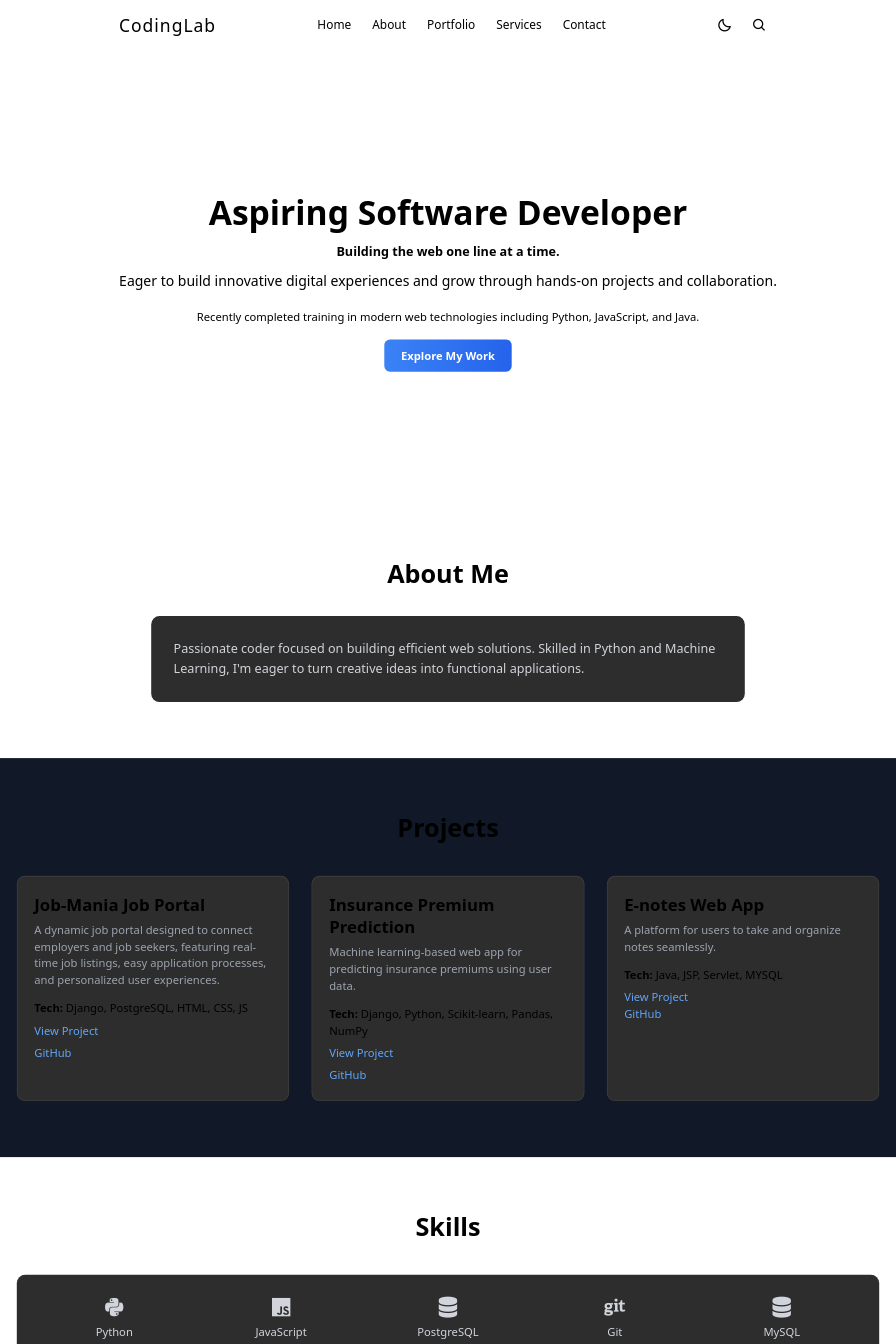
Repository: Sugaam0/Portfolio
Page: portfolio/home/templates/home/index.html
An editor plug-in stored every save of this project. The page is shown before and after the next save, followed by the edit.
The browser window is 1280 px wide. The pictures show the part of the page from y = 0 to 1920 px (the page is 2914 px tall), at 70% of full size.
The template is drawn by Django 5.2. The application's start-up code is not run. Other server files are loaded and not shown. The template is opened directly, without the code that normally fills it, so the values that code supplies are empty.

Above is the page before, as saved 2025-05-08 17:57:06.

### portfolio/home/templates/home/index.html
{% load static %}
<!DOCTYPE html>
<html lang="en">
<head>
  <meta charset="UTF-8" />
  <meta name="viewport" content="width=device-width, initial-scale=1.0"/>
  <title>| Sugam Acharya |</title>
  <link href="https://cdn.jsdelivr.net/npm/tailwindcss@2.2.19/dist/tailwind.min.css" rel="stylesheet"/>
  <link rel="stylesheet" href="https://cdnjs.cloudflare.com/ajax/libs/font-awesome/6.0.0-beta3/css/all.min.css"/>
  <link rel="stylesheet" href="{% static 'css/style.css' %}">
</head>
<body class="antialiased scroll-smooth">

{% include 	"home/navbar.html" %}
<!-- Hero Section -->
<section id="home" class="min-h-screen flex items-center justify-center pt-20">
  <div class="container mx-auto px-6 text-center">
    <h1 class="text-5xl font-bold mb-4">Aspiring Software Developer</h1>
    <p class="text-lg text-accent mb-4">
      <span id="typed-text" class="font-semibold">Building the web one line at a time.</span>
    </p>
    <p class="text-xl text-secondary mb-6">
      Eager to build innovative digital experiences and grow through hands-on projects and collaboration.
    </p>
    <p class="text-md text-secondary mb-8">
      Recently completed training in modern web technologies including Python, JavaScript, and Java.
    </p>
    <a href="#projects" class="btn-accent px-6 py-3 rounded-lg font-semibold">Explore My Work</a>
  </div>
</section>

<!-- About Section -->
<section id="about" class="py-20">
  <div class="container mx-auto px-6 max-w-4xl">
    <h2 class="text-4xl font-bold text-center mb-10">About Me</h2>
    <div class="section-bg p-8">
      <p class="text-lg leading-relaxed text-gray-300">
        Passionate coder focused on building efficient web solutions. Skilled in Python and Machine Learning, I'm eager to turn creative ideas into functional applications.
      </p>
    </div>
  </div>
</section>

<!-- Projects -->
<section id="projects" class="py-20 bg-gray-900">
    <div class="container mx-auto px-6">
      <h2 class="text-4xl font-bold text-center mb-12">Projects</h2>
      <div class="grid grid-cols-1 sm:grid-cols-2 lg:grid-cols-3 gap-8">
        <!-- Project Cards -->
        <div class="project-card section-bg p-6">
          <h3 class="text-2xl font-semibold mb-2">Job-Mania Job Portal</h3>
          <p class="text-gray-400 mb-4">A dynamic job portal designed to connect employers and job seekers, featuring real-time job listings, easy application processes, and personalized user experiences.</p>
          <p><strong>Tech:</strong> Django, PostgreSQL, HTML, CSS, JS</p>
          <a href="#" class="text-blue-400 hover:underline mt-2 inline-block">View Project</a><br>
          <a href="https://github.com/Sugaam0/JobMania-JobPortal" class="text-blue-400 hover:underline mt-2 inline-block" target="_blank">GitHub</a>
        </div>
        <div class="project-card section-bg p-6">
          <h3 class="text-2xl font-semibold mb-2">Insurance Premium Prediction</h3>
          <p class="text-gray-400 mb-4">Machine learning-based web app for predicting insurance premiums using user data.</p>
          <p><strong>Tech:</strong> Django, Python, Scikit-learn, Pandas, NumPy</p>
          <a href="#" class="text-blue-400 hover:underline mt-2 inline-block">View Project</a><br>
          <a href="https://github.com/Sugaam0/insurance-Premium-Prediction" class="text-blue-400 hover:underline mt-2 inline-block" target="_blank">GitHub</a>

        </div>
        <div class="project-card section-bg p-6">
            <h3 class="text-2xl font-semibold mb-2">E-notes Web App</h3>
            <p class="text-gray-400 mb-4">A platform for users to take and organize notes seamlessly.</p>
            <p><strong>Tech:</strong> Java, JSP, Servlet, MYSQL</p>
            <div class="mt-2">
                <a href="#" class="text-blue-400 hover:underline inline-block mr-4">View Project</a><br>
                <a href="https://github.com/Sugaam0/ProjectFinal-Online-Notepad" class="text-blue-400 hover:underline inline-block" target="_blank">GitHub</a>
            </div>
        </div>
      </div>
    </div>
  </section>


<!-- Skills -->
<section id="skills" class="py-20">
    <div class="container mx-auto px-6">
      <h2 class="text-4xl font-bold text-center mb-12">Skills</h2>
      <div class="section-bg p-8 grid grid-cols-2 md:grid-cols-5 gap-6 text-center text-gray-300">
        <div><i class="fab fa-python text-3xl mb-2 icon-hover"></i><p>Python</p></div>
        <div><i class="fab fa-js text-3xl mb-2 icon-hover"></i><p>JavaScript</p></div>
        <div><i class="fas fa-database text-3xl mb-2 icon-hover"></i><p>PostgreSQL</p></div>
        <div><i class="fab fa-git text-3xl mb-2 icon-hover"></i><p>Git</p></div>
        <div><i class="fas fa-database text-3xl mb-2 icon-hover"></i><p>MySQL</p></div>
        <div><i class="fas fa-chart-line text-3xl mb-2 icon-hover"></i><p>Data Science</p></div>
        <div><i class="fas fa-brain text-3xl mb-2 icon-hover"></i><p>Machine Learning</p></div>
        <div><i class="fab fa-python text-3xl mb-2 icon-hover"></i><p>Anaconda</p></div>
      </div>
    </div>
  </section>

<!-- Contact Section -->
<section id="contact" class="py-20 bg-gray-900">
  <div class="container mx-auto px-6">
    <h2 class="text-4xl font-bold text-center mb-12">Let's Connect</h2>
    <div class="contact-form p-8 max-w-lg mx-auto rounded-xl">
      <form action="{% url 'contact' %}" method="POST">
        {% csrf_token %}
        <div class="mb-6 relative">
          <input type="text" id="name" name="name" class="form-input w-full p-3 rounded-lg peer" placeholder=" " required>
          <label for="name" class="form-label absolute left-2 top-2 text-secondary">Your Name</label>
        </div>
        <div class="mb-6 relative">
          <input type="email" id="email" name="email" class="form-input w-full p-3 rounded-lg peer" placeholder=" " required>
          <label for="email" class="form-label absolute left-2 top-2 text-secondary">Your Email</label>
        </div>
        <div class="mb-6 relative">
          <textarea id="message" name="message" rows="5" class="form-input w-full p-3 rounded-lg peer" placeholder=" " required></textarea>
          <label for="message" class="form-label absolute left-3 top-2 text-secondary">Your Message</label>
        </div>
        <button type="submit" class="btn-accent w-full py-3 rounded-lg font-semibold flex items-center justify-center gap-2">
          <i class="fas fa-paper-plane"></i> Send Message
        </button>
      </form>
    </div>
  </div>
</section>

<!-- Footer -->
{% include "home/footer.html" %}
</body>
</html>

### portfolio/home/templates/home/navbar.html
{% comment %} <!-- Navbar -->
<nav class="navbar fixed top-0 w-full z-50">
    <div class="container mx-auto px-6 py-5 flex justify-between items-center">
      <a href="{% url 'index' %}" class="logo text-white">Sugam Acharya</a>
      <div class="space-x-6 text-sm font-medium">
        <a href="#about" class="nav-link">About</a>
        <a href="#projects" class="nav-link">Projects</a>
        <a href="#skills" class="nav-link">Skills</a>
        <a href="#contact" class="nav-link">Contact</a>
      </div>
    </div>
  </nav>
   {% endcomment %}
   <link href='https://unpkg.com/boxicons@2.1.1/css/boxicons.min.css' rel='stylesheet'>
   <nav>
    <div class="nav-bar">
        <i class='bx bx-menu sidebarOpen' ></i>
        <span class="logo navLogo"><a href="#">CodingLab</a></span>
        <div class="menu">
            <div class="logo-toggle">
                <span class="logo"><a href="#">CodingLab</a></span>
                <i class='bx bx-x siderbarClose'></i>
            </div>
            <ul class="nav-links">
                <li><a href="#">Home</a></li>
                <li><a href="#">About</a></li>
                <li><a href="#">Portfolio</a></li>
                <li><a href="#">Services</a></li>
                <li><a href="#">Contact</a></li>
            </ul>
        </div>
        <div class="darkLight-searchBox">
            <div class="dark-light">
                <i class='bx bx-moon moon'></i>
                <i class='bx bx-sun sun'></i>
            </div>
            <div class="searchBox">
               <div class="searchToggle">
                <i class='bx bx-x cancel'></i>
                <i class='bx bx-search search'></i>
               </div>
                <div class="search-field">
                    <input type="text" placeholder="Search...">
                    <i class='bx bx-search'></i>
                </div>
            </div>
        </div>
    </div>
</nav>

### portfolio/home/templates/home/footer.html
<footer class="bg-gray-800 py-6">
    <div class="container mx-auto px-6 text-center text-gray-400">
      <p>© 2025 Sugam Acharya. All rights reserved.</p>
      <div class="flex justify-center space-x-6 mt-4">
        <a href="https://github.com/Sugaam0" class="icon-hover" target="_blank"><i class="fab fa-github text-2xl"></i></a>
        <a href="https://www.linkedin.com/in/sugam-acharya-b1059a23b/" class="icon-hover" target="_blank"><i class="fab fa-linkedin text-2xl"></i></a>
        <a href="https://x.com/gaam_su" class="icon-hover" target="_blank"><i class="fab fa-twitter text-2xl"></i></a>
      </div>
    </div>
  </footer>

### portfolio/home/static/css/style.css
@import url('https://fonts.googleapis.com/css2?family=Poppins:wght@300;400;500;600&display=swap');

:root {
    --bg-primary: #1a1a1a;
    --bg-secondary: #2d2d2d;
    --text-primary: #e0e0e0;
    --text-secondary: #a0a0a0;
    --accent: #3b82f6;
    --accent-dark: #2563eb;
  }

  /* body {
    background-color: var(--bg-primary);
    color: var(--text-primary);
    font-family: 'Inter', sans-serif;
  } */

  /* .navbar {
    background: linear-gradient(to bottom, var(--bg-secondary), rgba(45, 45, 45, 0.95));
    backdrop-filter: blur(8px);
    box-shadow: 0 2px 5px rgba(0, 0, 0, 0.3);
  }

  .nav-link {
    position: relative;
    padding-bottom: 0.25rem;
    transition: color 0.3s ease;
  }

  .nav-link::after {
    content: '';
    position: absolute;
    width: 0;
    height: 2px;
    bottom: 0;
    left: 0;
    background-color: var(--accent);
    transition: width 0.3s ease;
  }

  .nav-link:hover::after {
    width: 100%;
  }

  .nav-link:hover {
    color: var(--accent);
  } */

  .logo {
    font-size: 1.75rem;
    font-weight: 800;
    letter-spacing: 0.05em;
    transition: transform 0.3s ease, color 0.3s ease;
  }

  .logo:hover {
    transform: scale(1.05);
    color: var(--accent);
  }

  .section-bg {
    background-color: var(--bg-secondary);
    border-radius: 0.75rem;
    transition: background-color 0.3s ease;
  }

  .section-bg:hover {
    background-color: #353535;
  }

  .btn-accent {
    background: linear-gradient(to right, var(--accent), var(--accent-dark));
    color: white;
    position: relative;
    overflow: hidden;
    transition: background 0.3s ease;
  }

  .btn-accent::before {
    content: '';
    position: absolute;
    top: 0;
    left: -100%;
    width: 100%;
    height: 100%;
    background: linear-gradient(90deg, transparent, rgba(255, 255, 255, 0.2), transparent);
    transition: 0.5s;
  }

  .btn-accent:hover::before {
    left: 100%;
  }

  .btn-accent:hover {
    background: linear-gradient(to right, var(--accent-dark), var(--accent));
  }

  .project-card {
    transition: transform 0.3s ease, box-shadow 0.3s ease, border-color 0.3s ease;
    border: 1px solid rgba(255, 255, 255, 0.1);
  }

  .project-card:hover {
    transform: translateY(-6px);
    box-shadow: 0 6px 25px rgba(0, 0, 0, 0.6);
    border-color: var(--accent);
  }

  .icon-hover {
    transition: transform 0.3s ease, color 0.3s ease;
  }

  .icon-hover:hover {
    transform: scale(1.2);
    color: var(--accent);
  }

  /* Enhanced Contact Form Styles */
      .contact-form {
          background: linear-gradient(145deg, var(--bg-secondary), #252525);
          border: 1px solid rgba(59, 130, 246, 0.3);
          box-shadow: 0 4px 15px rgba(0, 0, 0, 0.5);
          position: relative;
          overflow: hidden;
      }

      .contact-form::before {
          content: '';
          position: absolute;
          top: 0;
          left: 0;
          width: 100%;
          height: 100%;
          background: radial-gradient(circle at 10% 20%, rgba(59, 130, 246, 0.2) 0%, transparent 50%);
          pointer-events: none;
      }

      .form-input {
          background-color: #1f1f1f;
          border: 1px solid rgba(255, 255, 255, 0.1);
          transition: border-color 0.3s ease, box-shadow 0.3s ease;
      }

      .form-input:focus {
          border-color: var(--accent);
          box-shadow: 0 0 8px rgba(59, 130, 246, 0.3);
          outline: none;
      }

      .form-label {
          transition: color 0.3s ease;
      }

      .form-input:focus + .form-label,
      .form-input:not(:placeholder-shown) + .form-label {
          color: var(--accent);
          transform: translateY(-1.5rem);
          font-size: 0.8rem;
      }

      ::selection {
          background: var(--accent);
          color: white;
      }

      body.dark{
        --body-color: #18191A;
        --nav-color: #242526;
        --side-nav: #242526;
        --text-color: #CCC;
        --search-bar: #242526;
    }
    nav{
        position: fixed;
        top: 0;
        left: 0;
        height: 70px;
        width: 100%;
        background-color: var(--nav-color);
        z-index: 100;
    }
    body.dark nav{
        border: 1px solid #393838;
    }
    nav .nav-bar{
        position: relative;
        height: 100%;
        max-width: 1000px;
        width: 100%;
        background-color: var(--nav-color);
        margin: 0 auto;
        padding: 0 30px;
        display: flex;
        align-items: center;
        justify-content: space-between;
    }
    nav .nav-bar .sidebarOpen{
        color: var(--text-color);
        font-size: 25px;
        padding: 5px;
        cursor: pointer;
        display: none;
    }
    nav .nav-bar .logo a{
        font-size: 25px;
        font-weight: 500;
        color: var(--text-color);
        text-decoration: none;
    }
    .menu .logo-toggle{
        display: none;
    }
    .nav-bar .nav-links{
        display: flex;
        align-items: center;
    }
    .nav-bar .nav-links li{
        margin: 0 5px;
        list-style: none;
    }
    .nav-links li a{
        position: relative;
        font-size: 17px;
        font-weight: 400;
        color: var(--text-color);
        text-decoration: none;
        padding: 10px;
    }
    .nav-links li a::before{
        content: '';
        position: absolute;
        left: 50%;
        bottom: 0;
        transform: translateX(-50%);
        height: 6px;
        width: 6px;
        border-radius: 50%;
        background-color: var(--text-color);
        opacity: 0;
        transition: all 0.3s ease;
    }
    .nav-links li:hover a::before{
        opacity: 1;
    }
    .nav-bar .darkLight-searchBox{
        display: flex;
        align-items: center;
    }
    .darkLight-searchBox .dark-light,
    .darkLight-searchBox .searchToggle{
        height: 40px;
        width: 40px;
        display: flex;
        align-items: center;
        justify-content: center;
        margin: 0 5px;
    }
    .dark-light i,
    .searchToggle i{
        position: absolute;
        color: var(--text-color);
        font-size: 22px;
        cursor: pointer;
        transition: all 0.3s ease;
    }
    .dark-light i.sun{
        opacity: 0;
        pointer-events: none;
    }
    .dark-light.active i.sun{
        opacity: 1;
        pointer-events: auto;
    }
    .dark-light.active i.moon{
        opacity: 0;
        pointer-events: none;
    }
    .searchToggle i.cancel{
        opacity: 0;
        pointer-events: none;
    }
    .searchToggle.active i.cancel{
        opacity: 1;
        pointer-events: auto;
    }
    .searchToggle.active i.search{
        opacity: 0;
        pointer-events: none;
    }
    .searchBox{
        position: relative;
    }
    .searchBox .search-field{
        position: absolute;
        bottom: -85px;
        right: 5px;
        height: 50px;
        width: 300px;
        display: flex;
        align-items: center;
        background-color: var(--nav-color);
        padding: 3px;
        border-radius: 6px;
        box-shadow: 0 5px 5px rgba(0, 0, 0, 0.1);
        opacity: 0;
        pointer-events: none;
        transition: all 0.3s ease;
    }
    .searchToggle.active ~ .search-field{
        bottom: -74px;
        opacity: 1;
        pointer-events: auto;
    }
    .search-field::before{
        content: '';
        position: absolute;
        right: 14px;
        top: -4px;
        height: 12px;
        width: 12px;
        background-color: var(--nav-color);
        transform: rotate(-45deg);
        z-index: -1;
    }
    .search-field input{
        height: 100%;
        width: 100%;
        padding: 0 45px 0 15px;
        outline: none;
        border: none;
        border-radius: 4px;
        font-size: 14px;
        font-weight: 400;
        color: var(--search-text);
        background-color: var(--search-bar);
    }
    body.dark .search-field input{
        color: var(--text-color);
    }
    .search-field i{
        position: absolute;
        color: var(--nav-color);
        right: 15px;
        font-size: 22px;
        cursor: pointer;
    }
    body.dark .search-field i{
        color: var(--text-color);
    }
    @media (max-width: 790px) {
        nav .nav-bar .sidebarOpen{
            display: block;
        }
        .menu{
            position: fixed;
            height: 100%;
            width: 320px;
            left: -100%;
            top: 0;
            padding: 20px;
            background-color: var(--side-nav);
            z-index: 100;
            transition: all 0.4s ease;
        }
        nav.active .menu{
            left: -0%;
        }
        nav.active .nav-bar .navLogo a{
            opacity: 0;
            transition: all 0.3s ease;
        }
        .menu .logo-toggle{
            display: block;
            width: 100%;
            display: flex;
            align-items: center;
            justify-content: space-between;
        }
        .logo-toggle .siderbarClose{
            color: var(--text-color);
            font-size: 24px;
            cursor: pointer;
        }
        .nav-bar .nav-links{
            flex-direction: column;
            padding-top: 30px;
        }
        .nav-links li a{
            display: block;
            margin-top: 20px;
        }
    }

After the next save:
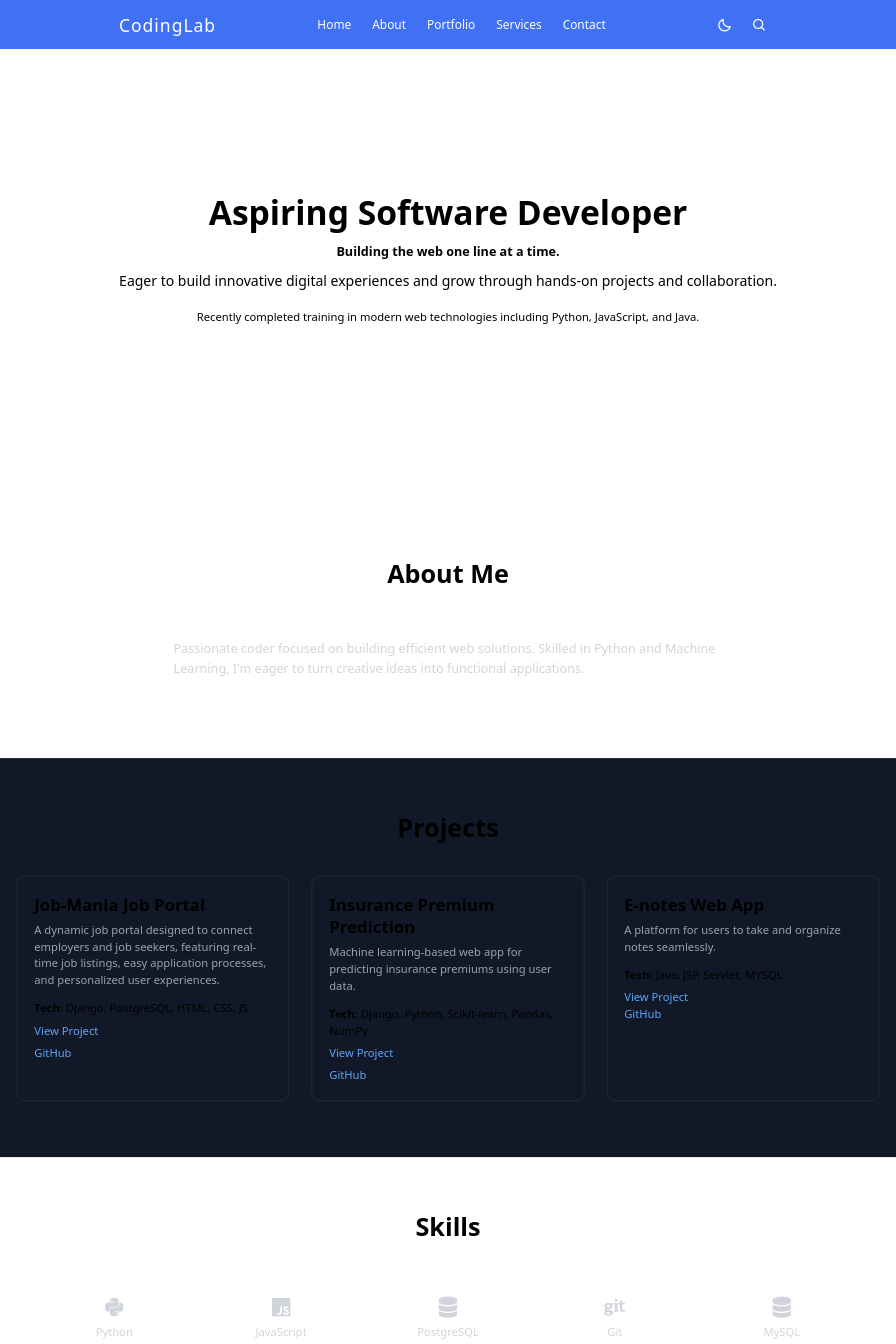
Saved 43 s later.
--- a/portfolio/home/static/css/style.css
+++ b/portfolio/home/static/css/style.css
@@ -1,14 +1,22 @@
 @import url('https://fonts.googleapis.com/css2?family=Poppins:wght@300;400;500;600&display=swap');
 
-:root {
+/* :root {
     --bg-primary: #1a1a1a;
     --bg-secondary: #2d2d2d;
     --text-primary: #e0e0e0;
     --text-secondary: #a0a0a0;
     --accent: #3b82f6;
     --accent-dark: #2563eb;
-  }
-
+  } */
+
+  :root{
+    --body-color: #E4E9F7;
+    --nav-color: #4070F4;
+    --side-nav: #010718;
+    --text-color: #FFF;
+    --search-bar: #F2F2F2;
+    --search-text: #010718;
+}
   /* body {
     background-color: var(--bg-primary);
     color: var(--text-primary);
